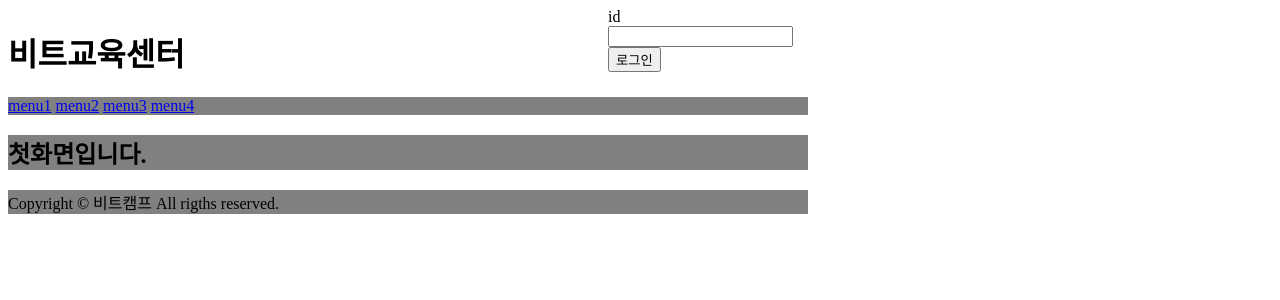
Repository: 2ket/workspace2
Page: web13/WebContent/index.html
These files come from the project's save history. The page is drawn as it stood at one moment and after the next save; the edit follows.
The browser window is 1280 px wide. The pictures show the whole page.

Above is the page before, as saved 2019-06-07 10:10:55.
Console error: TypeError: Cannot read properties of undefined (reading 'document')

After the next save:
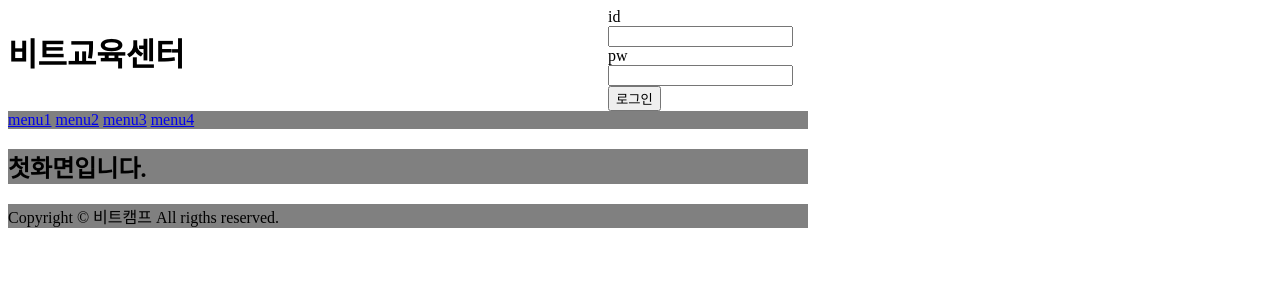
Saved 70 s later.
--- a/web13/WebContent/index.html
+++ b/web13/WebContent/index.html
@@ -80,6 +80,10 @@
 			<form action="result.jsp">
 				<div>
 					<label for="id">id</label>
+					<input type="text" name="id" id="id"/>
+				</div>
+				<div>
+					<label for="pw">pw</label>
 					<input type="text" name="pw" id="pw"/>
 				</div>
 				<div>
